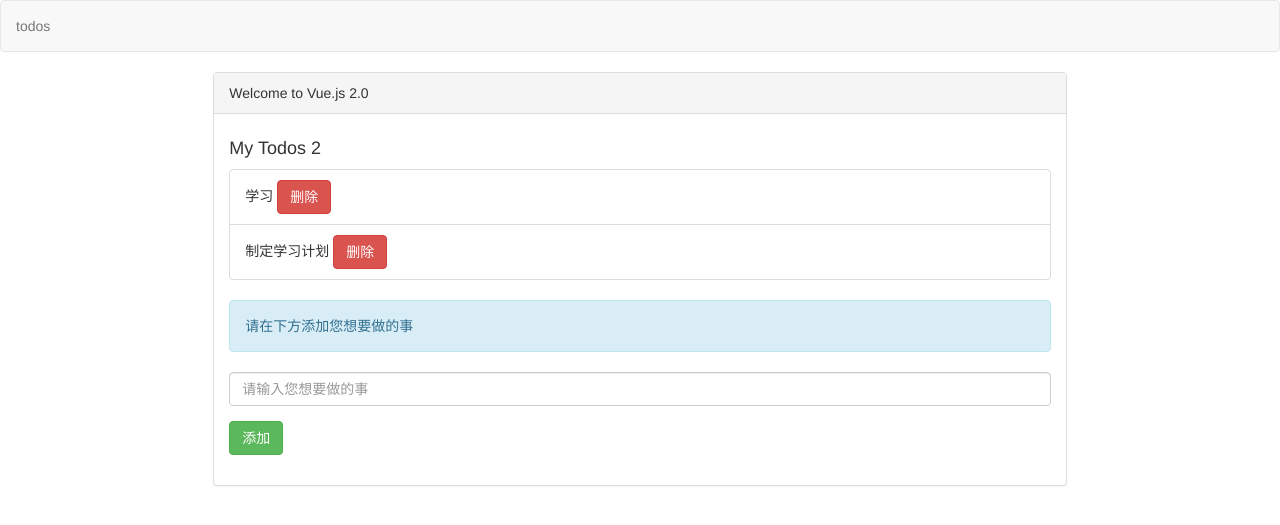
Repository: myr1111/todo
Page: Todoapp/index.html
An editor plug-in stored every save of this project. The page is shown before and after a run of saves, followed by the edit.
The browser window is 1280 px wide. The pictures show the whole page.

Above is the page before, as saved 2019-04-01 08:40:27.

After the next 2 saves:
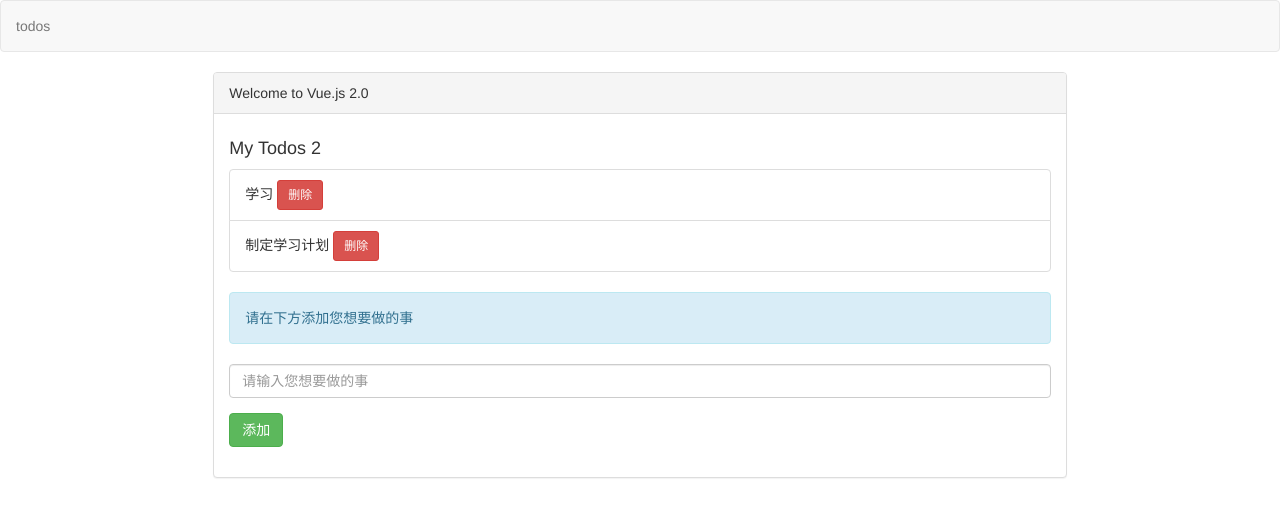
The 2 saves are shown as one change because they came seconds apart.
The last was saved 7 s later.
--- a/Todoapp/index.html
+++ b/Todoapp/index.html
@@ -22,7 +22,7 @@
                         <li class="list-group-item"
                             v-for="todo in todos"
                         >{{todo.title}}
-                            <button class="btn btn-danger ">删除</button>
+                            <button class="btn btn-danger btn-sm">删除</button>
                         </li>
                     </ul>
                     <div class="alert alert-info">请在下方添加您想要做的事</div>
